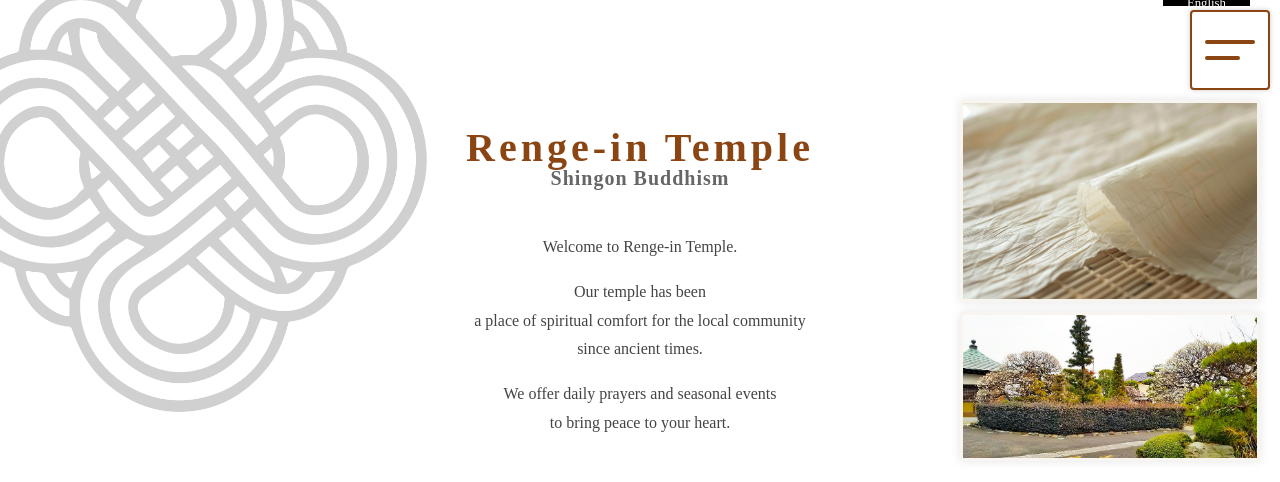
Repository: owl-onoueip/rengein-website
Page: index_en.html
These files come from the project's save history. The page is drawn as it stood at one moment and after the next save; the edit follows.
The browser window is 1280 px wide. The pictures show the part of the page from y = 0 to 482 px (the page is 3695 px tall).
A picture or video elsewhere on the page could not be fetched, so the positions and the page height are approximate. Some web fonts or font styles are not loaded; a fallback is used.

Above is the page before, as saved 2025-03-09 16:02:10.

### index_en.html
<!DOCTYPE html>
<html lang="en">

<head>
	<meta charset="UTF-8">
	<title>Renge-in Temple - Official Website</title>
	<meta name="viewport" content="width=device-width, initial-scale=1">
	<meta name="description" content="Welcome to Renge-in Temple, a place of peace and tradition.">
	<link rel="stylesheet" href="css/style.css">
	<style>
		/* テキストロゴのスタイル */
		.text-logo {
			font-family: "ヒラギノ明朝 Pro W3", "Hiragino Mincho Pro", "游明朝", YuMincho, "MS P明朝", "MS PMincho", serif;
			font-size: 2.5em;
			color: #8b4513;
			text-align: center;
			margin: 20px 0 40px 0;
			letter-spacing: 0.1em;
			position: relative;
		}

		.text-logo a {
			color: #8b4513;
			text-decoration: none;
			display: inline-block;
		}

		.text-logo .small {
			font-size: 0.5em;
			display: block;
			margin-top: 15px;
			color: #666;
			line-height: 1.5;
			letter-spacing: 0.05em;
		}

		/* テキストの重なりを解消するスタイル */
		h2 .small {
			display: block;
			margin-top: 10px;
			font-size: 0.6em;
			line-height: 1.5;
		}

		/* メニューボタンのスタイル */
		#menubar_hdr {
			display: block !important;
			position: fixed !important;
			z-index: 9999 !important;
			top: 10px !important;
			right: 10px !important;
			width: 80px !important;
			height: 80px !important;
			background: #fff !important;
			border: 2px solid #8b4513 !important;
			border-radius: 4px !important;
			box-shadow: 0 0 5px rgba(0, 0, 0, 0.2) !important;
			cursor: pointer !important;
			transition: all 0.3s ease !important;
		}

		#menubar_hdr:hover {
			background-color: rgba(139, 69, 19, 0.1) !important;
			transform: translateY(-3px) !important;
			box-shadow: 0 5px 10px rgba(0, 0, 0, 0.2) !important;
		}

		.menu-icon {
			width: 50px !important;
			height: 50px !important;
			position: absolute !important;
			top: 50% !important;
			left: 50% !important;
			transform: translate(-50%, -50%) !important;
		}

		.menu-icon span {
			display: block !important;
			position: absolute !important;
			width: 100% !important;
			height: 4px !important;
			background-color: #8b4513 !important;
			border-radius: 4px !important;
			transition: all 0.3s ease !important;
		}

		.menu-icon span:nth-child(1) {
			top: 15px !important;
		}

		.menu-icon span:nth-child(2) {
			width: 70% !important;
			bottom: 15px !important;
		}

		#menubar_hdr:hover .menu-icon span:nth-child(2) {
			width: 100% !important;
		}

		/* ヘッダーメッセージのスタイル調整 */
		header .message {
			margin-top: 30px;
			position: relative;
			z-index: 1;
		}
	</style>
</head>

<body class="home en">

	<div id="container">

		<header>

			<h1 class="text-logo">
				<a href="index_en.html">Renge-in Temple</a>
				<span class="small">Shingon Buddhism</span>
			</h1>

			<div class="message">
				<p>Welcome to Renge-in Temple.</p>
				<p>Our temple has been<br>
					a place of spiritual comfort for the local community<br>
					since ancient times.</p>
				<p>We offer daily prayers and seasonal events<br>
					to bring peace to your heart.</p>
			</div>

			<!-- 右側の写真エリア -->
			<div class="temple-photos" style="position: absolute; right: 20px; top: 100px; width: 300px; z-index: 100;">
				<img src="images/sample1.jpg" alt="Temple Photo"
					style="width: 100%; margin-bottom: 10px; border: 3px solid #f8f5f0; box-shadow: 0 0 10px rgba(0,0,0,0.1);">
				<img src="images/sample2.jpg" alt="Temple Photo"
					style="width: 100%; margin-bottom: 10px; border: 3px solid #f8f5f0; box-shadow: 0 0 10px rgba(0,0,0,0.1);">
			</div>

			<!--メイン画像読み込み-->
			<aside id="mainimg">
				<img src="images/slide1.jpg" alt="" class="slide0">
				<img src="images/slide2.jpg" alt="" class="slide1">
				<img src="images/slide3.jpg" alt="" class="slide2">
			</aside>

			<ul class="lang">
				<li><a href="index_en.html">English</a></li>
			</ul>

		</header>

		<div id="contents">

			<main>

				<section>

					<h2>About Our Temple<span class="small">蓮花院について</span></h2>
					<p class="c">Renge-in Temple was established in the early Kamakura period (around 1190) and has a
						history of over 830 years.</p>

				</section>

				<section class="bg1">

					<h2>Annual Events<span class="small">年間行事</span></h2>

					<div class="list-grid1">

						<div class="list blur">
							<figure><a href="#"><img src="images/sample1.jpg" alt="Obon Festival"></a></figure>
							<div class="text">
								<h4>Obon Festival</h4>
								<p>From August 13th to 16th, we hold memorial services for ancestors. Please visit with
									your family for spirit altar decorations and grave visits.</p>
							</div>
							<p class="btn"><a href="#">See more</a></p>
						</div>

						<div class="list blur">
							<figure><a href="#"><img src="images/sample2.jpg" alt="Segaki Service"></a></figure>
							<div class="text">
								<h4>Segaki Service</h4>
								<p>On August 15th, we hold a memorial service for the souls of the deceased who have no
									living relatives to remember them and pray for world peace.</p>
							</div>
							<p class="btn"><a href="#">See more</a></p>
						</div>

						<div class="list blur">
							<figure><a href="#"><img src="images/sample3.jpg" alt="Monthly Memorial Service"></a>
							</figure>
							<div class="text">
								<h4>Monthly Memorial Service</h4>
								<p>On the 1st and 15th of each month, we hold memorial services for ancestors and pray
									for the health of your family.</p>
							</div>
							<p class="btn"><a href="#">See more</a></p>
						</div>

					</div>
					<!--/.list-grid1-->

				</section>

				<section>

					<h2>Temple Information<span class="small">寺院案内</span></h2>

					<div class="list-grid1">

						<div class="list blur">
							<figure><a href="#"><img src="images/sample1.jpg" alt="Temple Services"></a></figure>
							<div class="text">
								<h4>Temple Services</h4>
								<p>We offer various services including memorial services for ancestors and prayers for
									family health. Please feel free to contact us.</p>
							</div>
							<p class="btn"><a href="#">See more</a></p>
						</div>

						<div class="list blur">
							<figure><a href="#"><img src="images/sample2.jpg" alt="Temple Grounds"></a></figure>
							<div class="text">
								<h4>Temple Grounds</h4>
								<p>Our temple grounds include the main hall, pagoda, bell tower, and garden. Enjoy the
									peaceful atmosphere surrounded by nature throughout the seasons.</p>
							</div>
							<p class="btn"><a href="#">See more</a></p>
						</div>

						<div class="list blur">
							<figure><a href="#"><img src="images/sample3.jpg" alt="Access Information"></a></figure>
							<div class="text">
								<h4>Access Information</h4>
								<p>Located in Kuki City, Saitama Prefecture. 20 minutes walk from Kuki Station on the
									Tobu Isesaki Line, or 10 minutes by car from Kuki IC on the Tohoku Expressway.</p>
							</div>
							<p class="btn"><a href="#">See more</a></p>
						</div>

					</div>
					<!--/.list-grid1-->

				</section>

			</main>

		</div>
		<!--/#contents-->

	</div>
	<!--/#container-->

	<section>

		<h2 class="dn">Gallery</h2>

		<div class="thumbnail-slide">
			<a href="#"><img src="images/sample1.jpg" alt="Temple Main Hall"></a>
			<a href="#"><img src="images/sample2.jpg" alt="Temple Garden"></a>
			<a href="#"><img src="images/sample3.jpg" alt="Temple Bell"></a>
			<a href="#"><img src="images/sample1.jpg" alt="Temple Pagoda"></a>
			<a href="#"><img src="images/sample2.jpg" alt="Cherry Blossoms"></a>
			<a href="#"><img src="images/sample3.jpg" alt="Autumn Leaves"></a>
		</div>

	</section>

	<div id="footer-contents">

		<div class="left">

			<h3>蓮花院</h3>
			<p>〒346-0022 埼玉県久喜市下早見７２５<br>
				電話：0480-21-2636<br>
				受付時間：午前9時から午後5時まで</p>

			<ul class="icons">
				<li><a href="#"><i class="fa-brands fa-x-twitter"></i></a></li>
				<li><a href="#"><i class="fab fa-line"></i></a></li>
				<li><a href="#"><i class="fab fa-youtube"></i></a></li>
				<li><a href="#"><i class="fab fa-instagram"></i></a></li>
			</ul>

			<p class="btn"><a href="contact.html">問い合わせ</a></p>
			<p class="btn"><a href="contact.html">資料請求</a></p>

		</div>
		<!--/.left-->

		<div class="right">

			<h3>アクセス</h3>
			<p><a href="https://template-party.com/file/pickup_googlemap.html">GoogleMapの地図を変更する方法はマニュアルをご覧下さい。</a></p>
			<div class="iframe-box">
				<iframe
					src="https://www.google.com/maps/embed?pb=!1m18!1m12!1m3!1d3241.0448418561778!2d139.74267721573196!3d35.675897837870934!2m3!1f0!2f0!3f0!3m2!1i1024!2i768!4f13.1!3m3!1m2!1s0x60188b89b2e1c8b1%3A0x59a123e3d5ac5ab6!2z44CSMTAwLTAwMTQg5p2x5Lqs6YO95Y2D5Luj55Sw5Yy65rC455Sw55S677yR5LiB55uu77yX4oiS77yR!5e0!3m2!1sja!2sjp!4v1545036128899"
					frameborder="0" style="border:0" allowfullscreen></iframe>
			</div>

		</div>
		<!--/.right-->

	</div>
	<!--/#footer-contents-->

	<div id="footermenu">
		<ul>
			<li class="title">About Temple</li>
			<li><a href="about.html#history">Temple History</a></li>
			<li><a href="about.html#message">Priest's Greeting</a></li>
			<li><a href="about.html#temple-grounds">Temple Grounds</a></li>
			<li><a href="about.html#access">Access</a></li>
		</ul>
		<ul>
			<li class="title">Annual Events</li>
			<li><a href="events.html#spring">Spring Events</a></li>
			<li><a href="events.html#summer">Summer Events</a></li>
			<li><a href="events.html#autumn">Autumn Events</a></li>
			<li><a href="events.html#winter">Winter Events</a></li>
		</ul>
		<ul>
			<li class="title">Contact</li>
			<li><a href="contact.html#form">Contact Form</a></li>
			<li><a href="contact.html#access">Access Information</a></li>
		</ul>
	</div>
	<!--/#footermenu-->

	<footer>
		<small>Copyright&copy; <a href="index.html">蓮花院</a> All Rights Reserved.</small>
		<span class="pr"><a href="https://template-party.com/" target="_blank">《Web Design:Template-Party》</a></span>
	</footer>

	<!--ページの上部へ戻るボタン-->
	<div class="pagetop"><a href="#"><i class="fas fa-angle-double-up"></i></a></div>

	<!--ハンバーガーメニュー-->
	<a href="menu.html">
		<div id="menubar_hdr">
			<div class="menu-icon">
				<span></span>
				<span></span>
			</div>
		</div>
	</a>

	<!--開閉ブロック-->
	<div id="menubar" class="display-none">
		<nav>
			<ul>
				<li><a href="index_en.html">Home</a></li>
				<li><a href="about.html">About Temple</a></li>
				<li><a href="events.html">Annual Events</a>
					<ul>
						<li><a href="events.html#spring">Spring Events</a></li>
						<li><a href="events.html#summer">Summer Events</a></li>
						<li><a href="events.html#autumn">Autumn Events</a></li>
					</ul>
				</li>
				<li><a href="contact.html">Contact</a></li>
			</ul>
		</nav>
	</div>
	<!--/#menubar-->

	<!--jQueryの読み込み-->
	<script src="https://ajax.googleapis.com/ajax/libs/jquery/3.6.0/jquery.min.js"></script>

	<!--スライドショー（slick）-->
	<script src="https://cdn.jsdelivr.net/npm/slick-carousel@1.8.1/slick/slick.min.js"></script>
	<script src="js/slick.js"></script>

	<!--パララックス（inview）-->
	<script src="https://cdnjs.cloudflare.com/ajax/libs/protonet-jquery.inview/1.1.2/jquery.inview.min.js"></script>
	<script src="js/jquery.inview_set.js"></script>

	<!--このテンプレート専用のスクリプト-->
	<script src="js/main.js"></script>

</body>

</html>

### css/inview.css
@charset "utf-8";



/*up,down,transform1,transform2の共通設定
（待機中の設定）
---------------------------------------------------------------------------*/
.up, .down, .transform1, .transform2 {
	position: relative;
	opacity: 0;		/*透明度（透明の状態）*/
}


/*up,down,transform1,transform2の共通設定
（要素が見えたら実行するアクションの設定）
---------------------------------------------------------------------------*/
.upstyle, .downstyle, .transform1style, .transform2style {
	opacity: 1;				/*透明度（色が100%出た状態）*/
	transition: 1s 0.5s;	/*1sはアニメーションの実行時間1.5秒。0.5sは0.5秒遅れてスタートする指定。*/
}


/*upスタイル。下から上にフェードインしてくるスタイル
---------------------------------------------------------------------------*/
/*待機中の設定*/
.up {
	bottom: -20px;	/*基準値の下20pxの場所からスタート*/
}

/*要素が見えたら実行するアクション*/
.upstyle {
	bottom: 0px;	/*基準値まで戻す*/
}


/*downスタイル。上から下にフェードインしてくるスタイル
---------------------------------------------------------------------------*/
/*待機中の設定*/
.down {
	top: -20px;	/*基準値の上20pxの場所からスタート*/
}

/*要素が見えたら実行するアクション*/
.downstyle {
	top: 0px;	/*基準値まで戻す*/
}


/*transform1スタイル。その場で回転するスタイル
---------------------------------------------------------------------------*/
/*待機中の設定*/
.transform1 {
	transform: scaleX(0);	/*幅を0%でスタート*/
}

/*要素が見えたら実行するアクション*/
.transform1style {
	transform: scaleX(1);	/*幅を100%に戻す*/
}


/*transform2スタイル。倒れた状態から起き上がるスタイル
---------------------------------------------------------------------------*/
/*待機中の設定*/
.transform2 {
	transform: perspective(400px) translateZ(-70px) rotateX(50deg);
}

/*要素が見えたら実行するアクション*/
.transform2style {
	transform: perspective(400px) translateZ(0px) rotateX(0deg);
}


/*blurスタイル。ぼかしで出現するスタイル。
---------------------------------------------------------------------------*/
/*待機中の設定*/
.blur {
	opacity: 0;	/*透明度（透明の状態）*/
	filter: blur(30px);
	transform: scale(1.03);
}

/*要素が見えたら実行するアクション*/
.blurstyle {
	opacity: 1;
	filter: blur(0);
	transform: scale(1);
	transition: 1s 0.5s;
}


/*transform3スタイル。小さなサイズから原寸大になるスタイル
---------------------------------------------------------------------------*/
/*キーフレーム（アニメーション）設定*/
@keyframes transform3 {
0% {
	transform: scale(0);
}
50% {
	transform: scale(1.05);
}
70% {
	transform: scale(0.99);
}
100% {
	transform: scale(1);
}
}

/*待機中の設定*/
.transform3 {
	transform: scale(0);
}

/*要素が見えたら実行するアクション*/
.transform3style {
	animation: transform3 0.8s ease-out 0.5s both;
}

Loaded but not shown: js/main.js (54 lines, source omitted); js/jquery.inview_set.js (36 lines, source omitted); js/slick.js (31 lines, source omitted); css/style.css (1461 lines, source omitted)

After the next save:
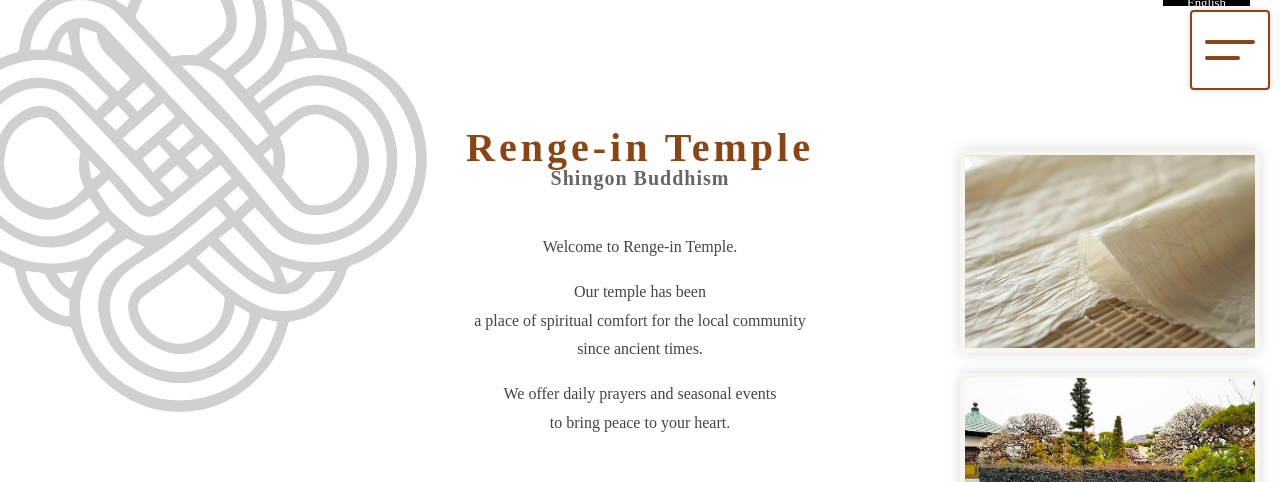
Saved 14 s later.
--- a/index_en.html
+++ b/index_en.html
@@ -127,11 +127,11 @@
 			</div>
 
 			<!-- 右側の写真エリア -->
-			<div class="temple-photos" style="position: absolute; right: 20px; top: 100px; width: 300px; z-index: 100;">
+			<div class="temple-photos" style="position: absolute; right: 20px; top: 150px; width: 300px; z-index: 100;">
 				<img src="images/sample1.jpg" alt="Temple Photo"
-					style="width: 100%; margin-bottom: 10px; border: 3px solid #f8f5f0; box-shadow: 0 0 10px rgba(0,0,0,0.1);">
+					style="width: 100%; margin-bottom: 20px; border: 5px solid #f8f5f0; box-shadow: 0 0 15px rgba(0,0,0,0.15); border-radius: 5px;">
 				<img src="images/sample2.jpg" alt="Temple Photo"
-					style="width: 100%; margin-bottom: 10px; border: 3px solid #f8f5f0; box-shadow: 0 0 10px rgba(0,0,0,0.1);">
+					style="width: 100%; margin-bottom: 20px; border: 5px solid #f8f5f0; box-shadow: 0 0 15px rgba(0,0,0,0.15); border-radius: 5px;">
 			</div>
 
 			<!--メイン画像読み込み-->
